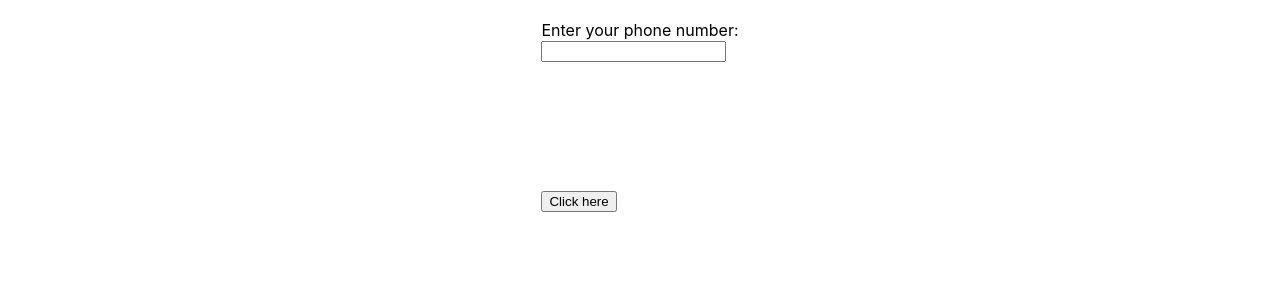
Repository: Rubin78/login-verification
Page: /
These files come from the project's save history. The page is drawn as it stood at one moment and after the next save; the edit follows.
The browser window is 1280 px wide. The pictures show the whole page.
The project was rebuilt for these pictures with package versions that can differ from the ones it lists, and the page was loaded fresh each time.

Above is the page before, as saved 2021-02-15 02:00:07.

### src/App.js
import React, { Component, label } from "react";
import "./App.css";
import firebase from "./firebase";

export default class App extends Component {
  constructor(props) {
    super(props);

    this.state = {
      phoneNumber: null,
    };
  }

  //   setUpRecaptcha = () =>{
  // window.recaptchaVerifier = new firebase.auth.RecaptchaVerifier(
  //   "sign-in-button",
  //   {
  //     size: "invisible",
  //     callback: (response) => {
  //       // reCAPTCHA solved, allow signInWithPhoneNumber.
  //       this.onSignInSubmit();
  //     },
  //   }
  // );

  //   };

  //   onSignInSubmit = (event) => {
  // event.preventDefault();
  //     const phoneNumber = "+918369696578";
  //     const appVerifier = window.recaptchaVerifier;
  //     firebase
  //       .auth()
  //       .signInWithPhoneNumber(phoneNumber, appVerifier)
  //       .then((confirmationResult) => {
  // SMS sent. Prompt user to type the code from the message, then sign the
  // user in with confirmationResult.confirm(code).
  // window.confirmationResult = confirmationResult;
  // ...
  // })
  // .catch((error) => {
  // Error; SMS not sent
  // ...
  //     });
  // }

  handleClick = (e) => {
    e.preventDefault();
    const { phoneNumber } = this.state;
    const phoneNumber_countryCode = `+91${phoneNumber}`;
    console.log(phoneNumber_countryCode);
    let recaptcha = new firebase.auth.RecaptchaVerifier("recaptcha");
    let number = phoneNumber_countryCode;
    firebase
      .auth()
      .signInWithPhoneNumber(number, recaptcha)
      .then(function (e) {
        let code = prompt("enter otp", "");
        if (code == null) return;
        e.confirm(code)
          .then(function (result) {
            console.log(result.user, "user");
            document.querySelector("label").textContent =
              result.user.phoneNumber + "Number Verified";
          })
          .catch((error) => {
            console.log(error);
          });
      });
  };

  render() {
    const { phoneNumber } = this.state;
    return (
      <div className="otp">
        <form onSubmit={this.handleClick}>
          <div id="recaptcha"></div>
          <br />
         <div style={{height:150}}> <div><label for="phone">Enter your phone number: </label></div>
          <input
            type="tel"
            pattern="[789][0-9]{9}"
            value={phoneNumber}
            onChange={(e) => {
              this.setState({
                phoneNumber: e.target.value,
              });
            }}
          />
          </div>
          <br />
          <input type="submit" value="Click here" />
        </form>
        {/* <div className="container">

<div className="row justify-content-center align-item-center">

<div className="col-sm-6 text-left">
  <h2>Phone Login</h2>
  </div>
<form onSubmit={this.onSignInSubmit}>
  <div className="form-group">
    <label for ="exampleInputEmail1">phone number</label>
    <input type="number" className="form-control" />
    </div>

    <button type="submit" className="btn btn-primary">submit</button>
    </form>
  </div>
  </div> */}
      </div>
    );
  }
}

### src/App.css
.App {
  text-align: center;
}
.otp{
  display: flex;
  justify-content: center;
  align-items: center;
}
.App-logo {
  height: 40vmin;
  pointer-events: none;
}

@media (prefers-reduced-motion: no-preference) {
  .App-logo {
    animation: App-logo-spin infinite 20s linear;
  }
}

.App-header {
  background-color: #282c34;
  min-height: 100vh;
  display: flex;
  flex-direction: column;
  align-items: center;
  justify-content: center;
  font-size: calc(10px + 2vmin);
  color: white;
}

.App-link {
  color: #61dafb;
}

@keyframes App-logo-spin {
  from {
    transform: rotate(0deg);
  }
  to {
    transform: rotate(360deg);
  }
}

### src/firebase.js
import firebase from "firebase";
import "firebase/auth";



// Your web app's Firebase configuration
var firebaseConfig = {
  apiKey: "AIzaSyCPzRnaARKqxbz7v2rWT2UkPVg2Tu1pzO8",
  authDomain: "phone-login-2db6e.firebaseapp.com",
  projectId: "phone-login-2db6e",
  storageBucket: "phone-login-2db6e.appspot.com",
  messagingSenderId: "683632220759",
  appId: "1:683632220759:web:e58cc6ba32dc476c8a2112",
};
// Initialize Firebase
firebase.initializeApp(firebaseConfig);

export default firebase;

Loaded but not shown: public/index.html (common file); src/index.js (common file); src/index.css (common file); src/reportWebVitals.js (common file)

After the next save:
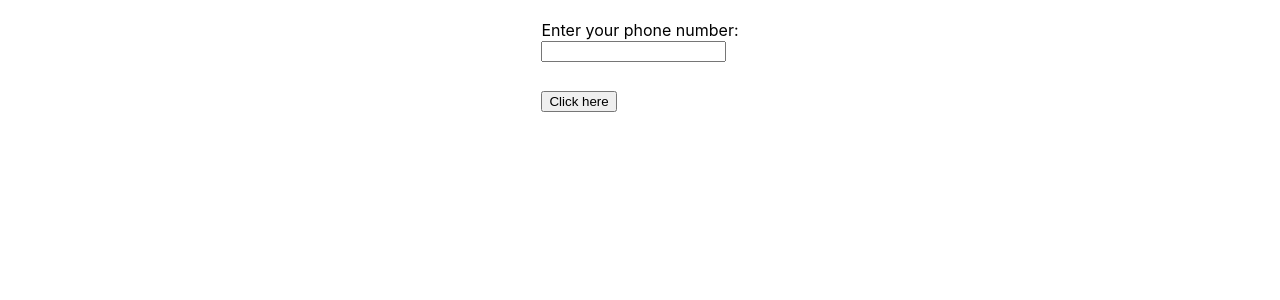
Saved 8 s later.
--- a/src/App.js
+++ b/src/App.js
@@ -76,7 +76,7 @@ export default class App extends Component {
         <form onSubmit={this.handleClick}>
           <div id="recaptcha"></div>
           <br />
-         <div style={{height:150}}> <div><label for="phone">Enter your phone number: </label></div>
+         <div style={{height:50}}> <div><label for="phone">Enter your phone number: </label></div>
           <input
             type="tel"
             pattern="[789][0-9]{9}"
